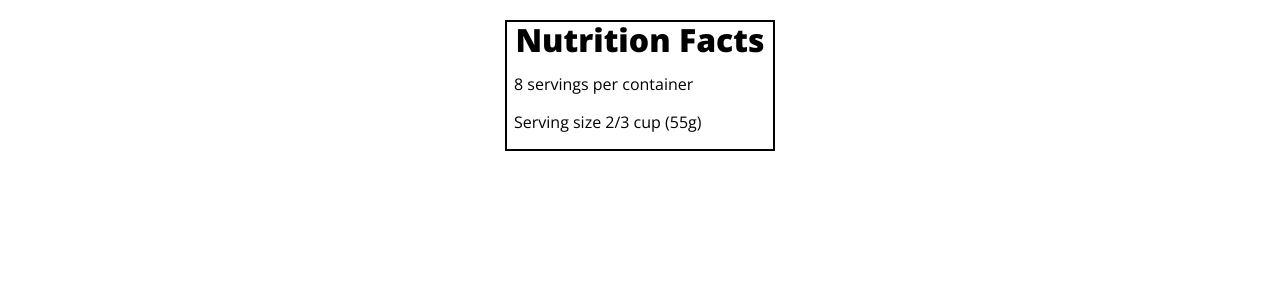
Repository: AimenDje/NutritionLabel
Page: index.html
An editor plug-in stored every save of this project. The page is shown before and after the next save, followed by the edit.
The browser window is 1280 px wide. The pictures show the whole page.

Above is the page before, as saved 2025-08-27 02:03:36.

### index.html
<!DOCTYPE html>
<html lang="en">

<head>
  <meta charset="UTF-8">
  <title>Nutrition Label</title>
  <link rel="stylesheet" href="https://fonts.googleapis.com/css?family=Open+Sans:400,700,800">
  <link rel="stylesheet" href="styles.css">

</head>

<body>
  <div class="label">
  <h1>Nutrition Facts</h1>
  <p>8 servings per container</p>
  <p>Serving size 2/3 cup (55g)</p>
  </div>
</body>
</html>

### styles.css
*{
  box-sizing: border-box;
}

body{
  font-family:"Open Sans", sans-serif;
}

html{
  font-size:16px;
}

.label {
  border: 2px solid black;
  width: 270px;
  margin: 20px auto;
  padding : 0 7px;
}

h1 {
  font-weight: 800;
  text-align: center;
  margin : -4px 0px;
}

After the next save:
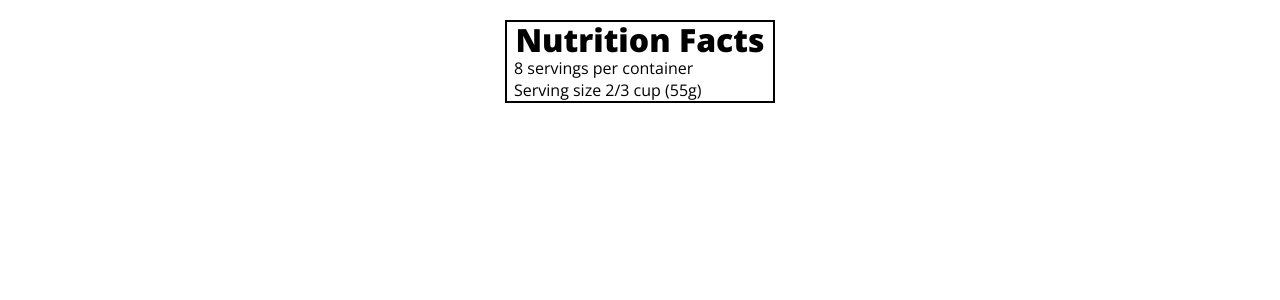
Saved 45 s later.
--- a/styles.css
+++ b/styles.css
@@ -22,3 +22,7 @@ h1 {
   text-align: center;
   margin : -4px 0px;
 }
+
+p{
+  margin : 0;
+}
